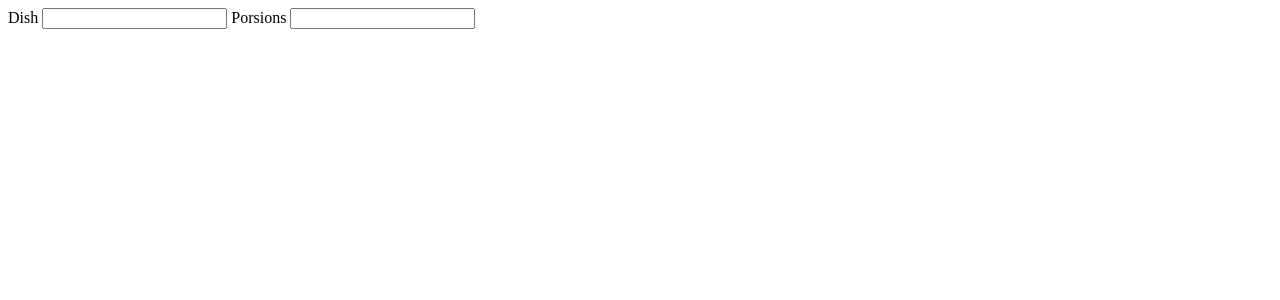
Repository: KseniaMakara/Web
Page: / (app in Vue.js/Vue/app/)
An editor plug-in stored every save of this project. The page is shown before and after the next save, followed by the edit.
The browser window is 1280 px wide. The pictures show the whole page.
The project was rebuilt for these pictures with package versions that can differ from the ones it lists, and the page was loaded fresh each time.

Above is the page before, as saved 2021-09-18 20:02:28.

### Vue.js/Vue/app/src/App.vue
<template>
  <div>
    <div>
      <label>
        Dish
        <input type="text" v-model="dishTitle">
        Porsions
        <input type="number" v-model="dishCount">
      </label>

    </div>
  </div>
</template>

<script>
  export default {

  }
</script>

<style lang="scss" scoped>

</style>

Loaded but not shown: Vue.js/Vue/app/public/index.html (common file); Vue.js/Vue/app/src/main.js (common file)

After the next save:
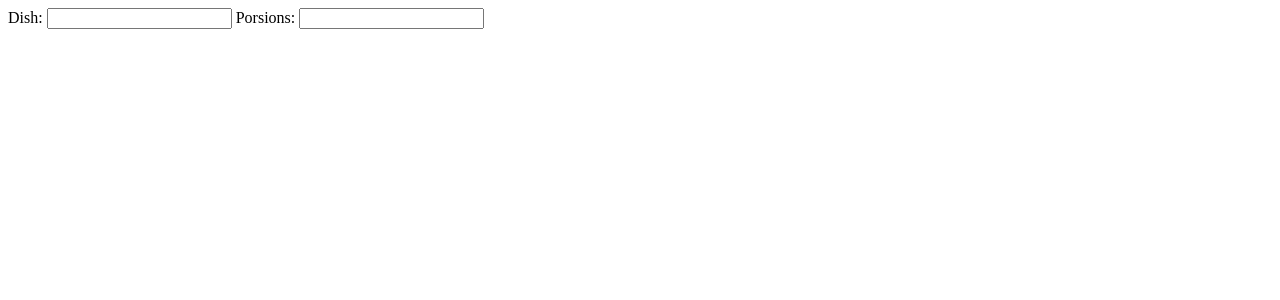
Saved 11 s later.
--- a/Vue.js/Vue/app/src/App.vue
+++ b/Vue.js/Vue/app/src/App.vue
@@ -2,9 +2,9 @@
   <div>
     <div>
       <label>
-        Dish
+        Dish:
         <input type="text" v-model="dishTitle">
-        Porsions
+        Porsions:
         <input type="number" v-model="dishCount">
       </label>
 
